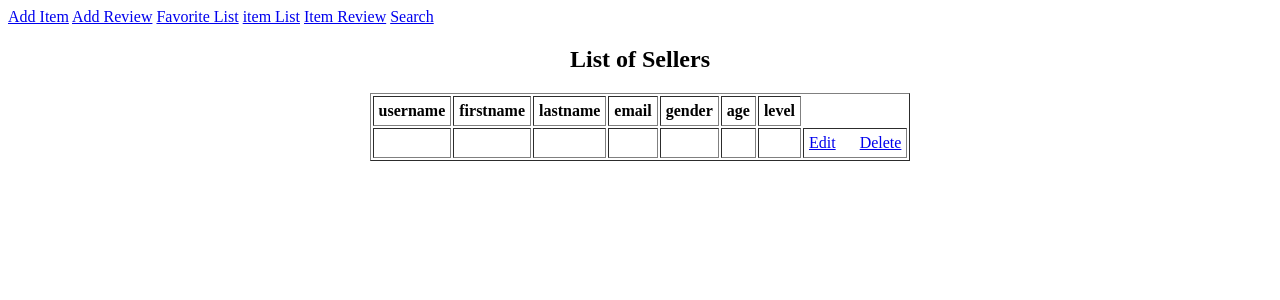
Repository: HamdanM/DatabaseProject
Page: http://localhost/DB3/seller.jsp
These files come from the project's save history. The page is drawn as it stood at one moment and after the next save; the edit follows.
The browser window is 1280 px wide. The pictures show the whole page.
The page is served by Tomcat 9. Other server files are loaded and not shown.

Above is the page before, as saved 2019-07-15 03:36:33.

### DB3/WebContent/seller.jsp
<%@ page language="java" contentType="text/html; charset=UTF-8"
    pageEncoding="UTF-8"%>
<!DOCTYPE html>
<html>
<head>
<meta charset="UTF-8">
<title>Insert title here</title>
</head>
<body>

<a href="addITem">Add Item</a>
<a href="addReview">Add Review</a>
<a href="favlist">Favorite List</a>
<a href="itemList">item List</a>
<a href="itemReview">Item Review</a>
<a href="search">Search</a>

  <div align="center">
        <table border="1" cellpadding="5">
            <caption><h2>List of Sellers</h2></caption>
            <tr>
                <th>username</th>
                <th>firstname</th>
                <th>lastname</th>
         		<th>email</th>
                <th>gender</th>
                <th>age</th>
          		<th>level</th>


            </tr>
            <c:forEach var="us" items="${usersList}">
                <tr>
                    <td><c:out value="${us.Username}" /></td>
                    <td><c:out value="${us.FirstName}" /></td>
                    <td><c:out value="${us.LastName}" /></td>
                    <td><c:out value="${us.Email}" /></td>
                    <td><c:out value="${us.Gender}" /></td>
                    <td><c:out value="${us.Age}" /></td>
                    <td><c:out value="${us.Level}" /></td>


			               <td>
                        <a href="edit?id=<c:out value='${us.id}' />">Edit</a>
                        &nbsp;&nbsp;&nbsp;&nbsp;
                        <a href="delete?id=<c:out value='${us.id}' />">Delete</a>
                    </td>

                    </td>
                </tr>
            </c:forEach>
        </table>
    </div>

</body>
</html>

After the next save:
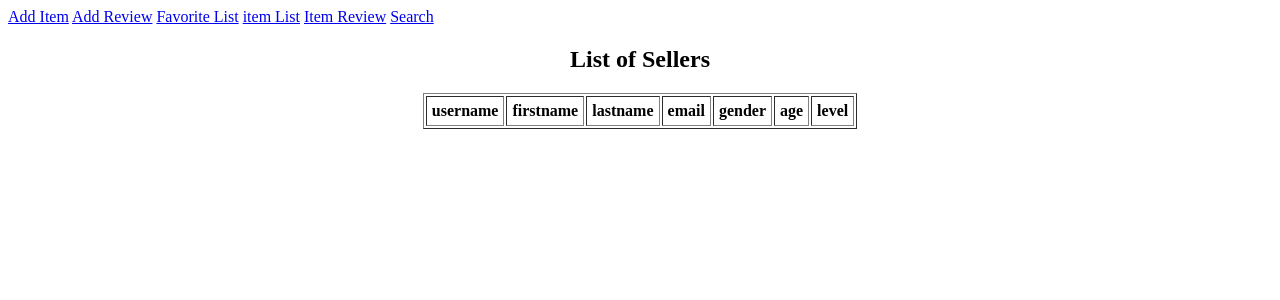
Saved 50 s later.
--- a/DB3/WebContent/seller.jsp
+++ b/DB3/WebContent/seller.jsp
@@ -1,6 +1,7 @@
-<%@ page language="java" contentType="text/html; charset=UTF-8"
-    pageEncoding="UTF-8"%>
-<!DOCTYPE html>
+<%@ page language="java" contentType="text/html; charset=ISO-8859-1"
+    pageEncoding="ISO-8859-1"%>
+  <%@ taglib prefix="c" uri="http://java.sun.com/jsp/jstl/core" %>
+<!DOCTYPE html PUBLIC "-//W3C//DTD HTML 4.01 Transitional//EN" "http://www.w3.org/TR/html4/loose.dtd">
 <html>
 <head>
 <meta charset="UTF-8">
